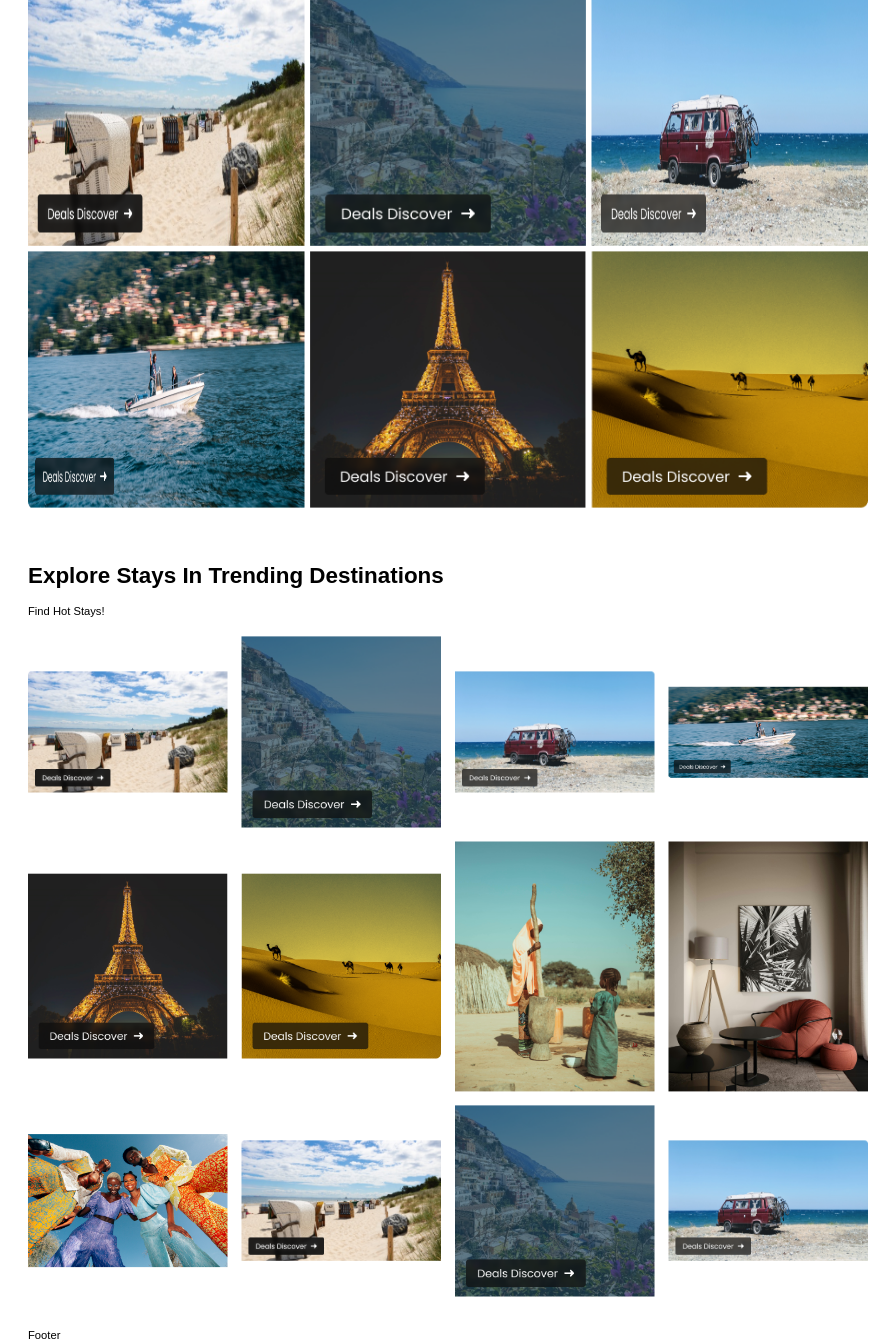
Repository: Quynhhuong150322/DIKO_STUDY_TRAVEL_WEB
Page: /
These files come from the project's save history. The page is drawn as it stood at one moment and after the next save; the edit follows.
The browser window is 1280 px wide. The pictures show the part of the page from y = 783 to 2703 px (the page is 2703 px tall before and 2460 px after), at 70% of full size.
The project was rebuilt for these pictures with package versions that can differ from the ones it lists, and the page was loaded fresh each time. Also part of the build but not shown: src/components/Login.js, src/components/Register.js. Imported but missing from the stored project, and not drawn on this page: src/redux/slices/authSlice.

Above is the page before, as saved 2024-02-23 11:16:25.

After the next save:
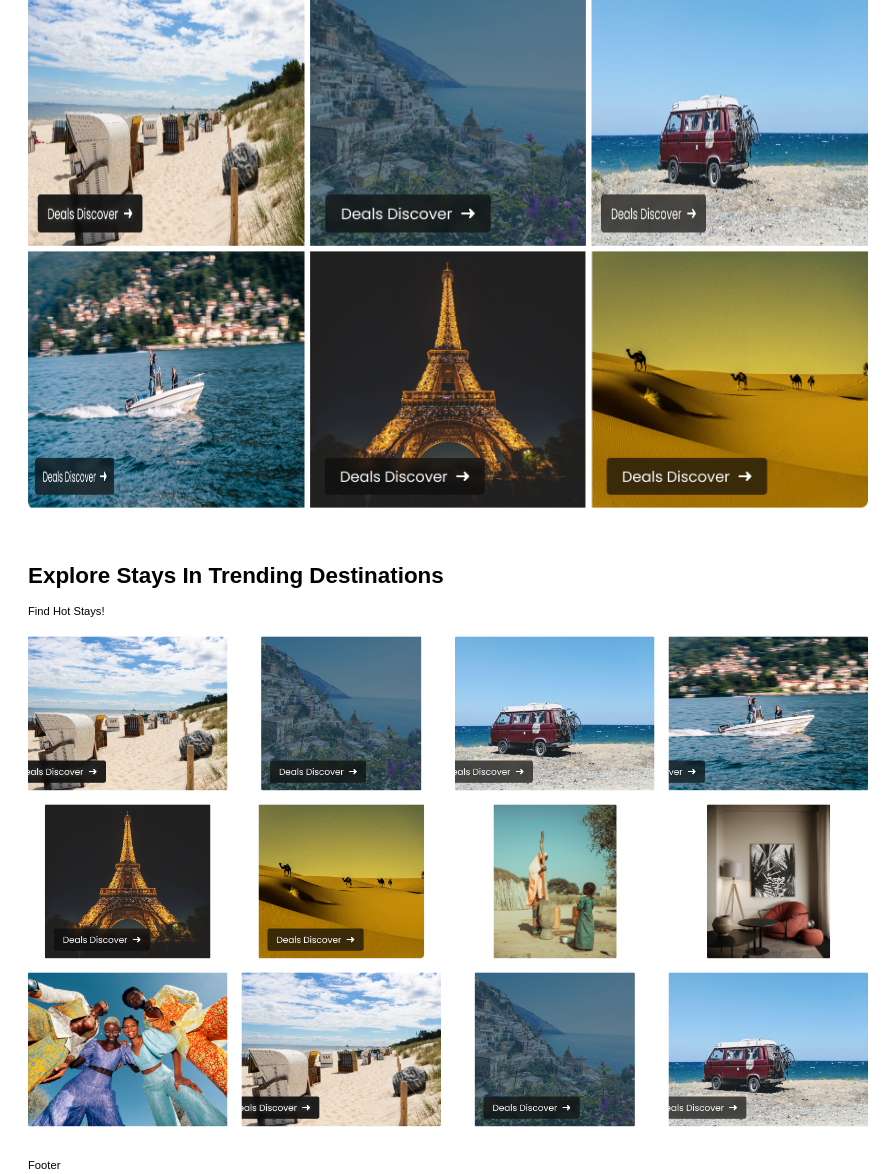
Saved 34 s later.
--- a/src/pages/LangdingPage/Langding.js
+++ b/src/pages/LangdingPage/Langding.js
@@ -245,7 +245,7 @@ const Langding = () => {
           {
             ListCard.map((data) => (
               <div className=''>
-                <img src={data.img} alt="" />
+                <img src={data.img} alt="" className='h-[220px] w-150px] object-cover rounded-sm' />
               </div>
             ))
           }
